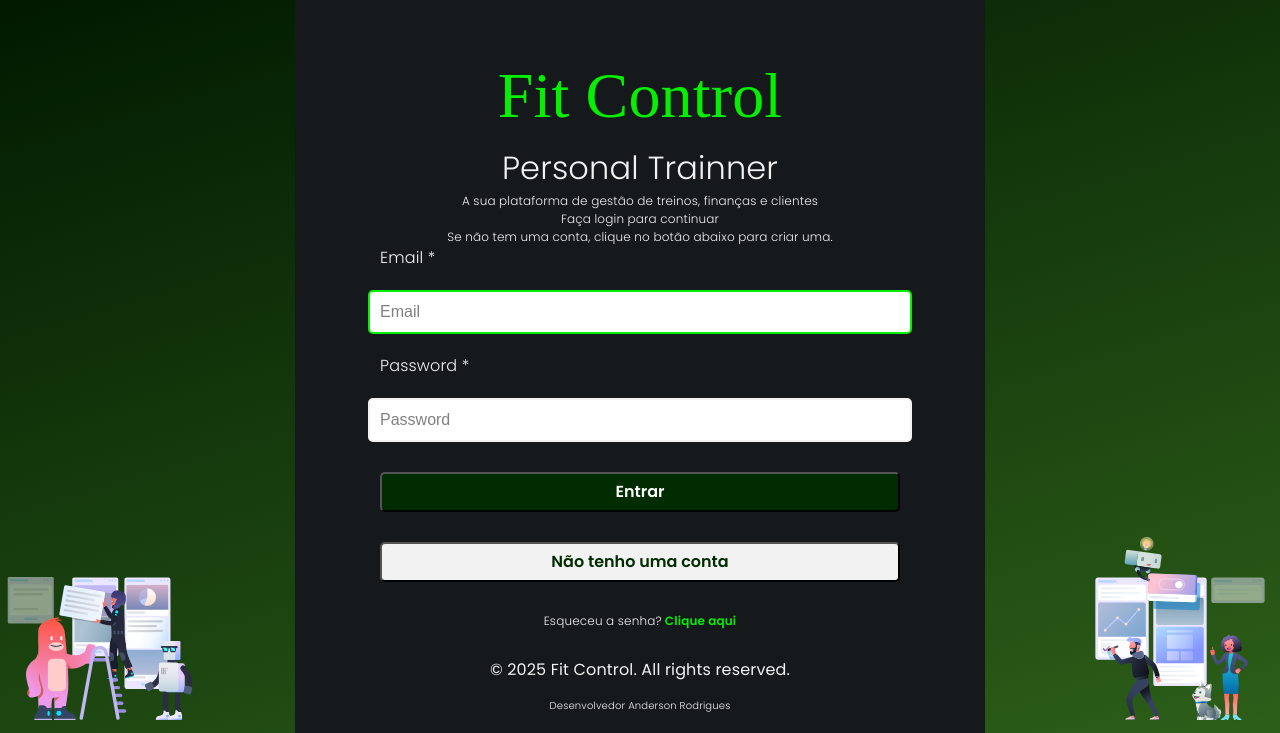
Repository: fit-control/frontend-fit-control
Page: /
These files come from the project's save history. The page is drawn as it stood at one moment and after the next save; the edit follows.
The browser window is 1280 px wide. The pictures show the whole page.
The page's requests for data from a server got no answer. Some web fonts or font styles are not loaded; a fallback is used. The project was rebuilt for these pictures with package versions that can differ from the ones it lists, and the page was loaded fresh each time. No one was signed in, and anything a server would have sent is missing. Also part of the build but not shown: next.config.js, vite.config.ts, src/components/containerCenterCadastro.tsx, src/pages/About.tsx, src/pages/NotFound.tsx, src/components/AuthRoutes.tsx, src/pages/PaginaTeste.tsx.

Above is the page before, as saved 2025-03-23 19:31:45.

After the next save:
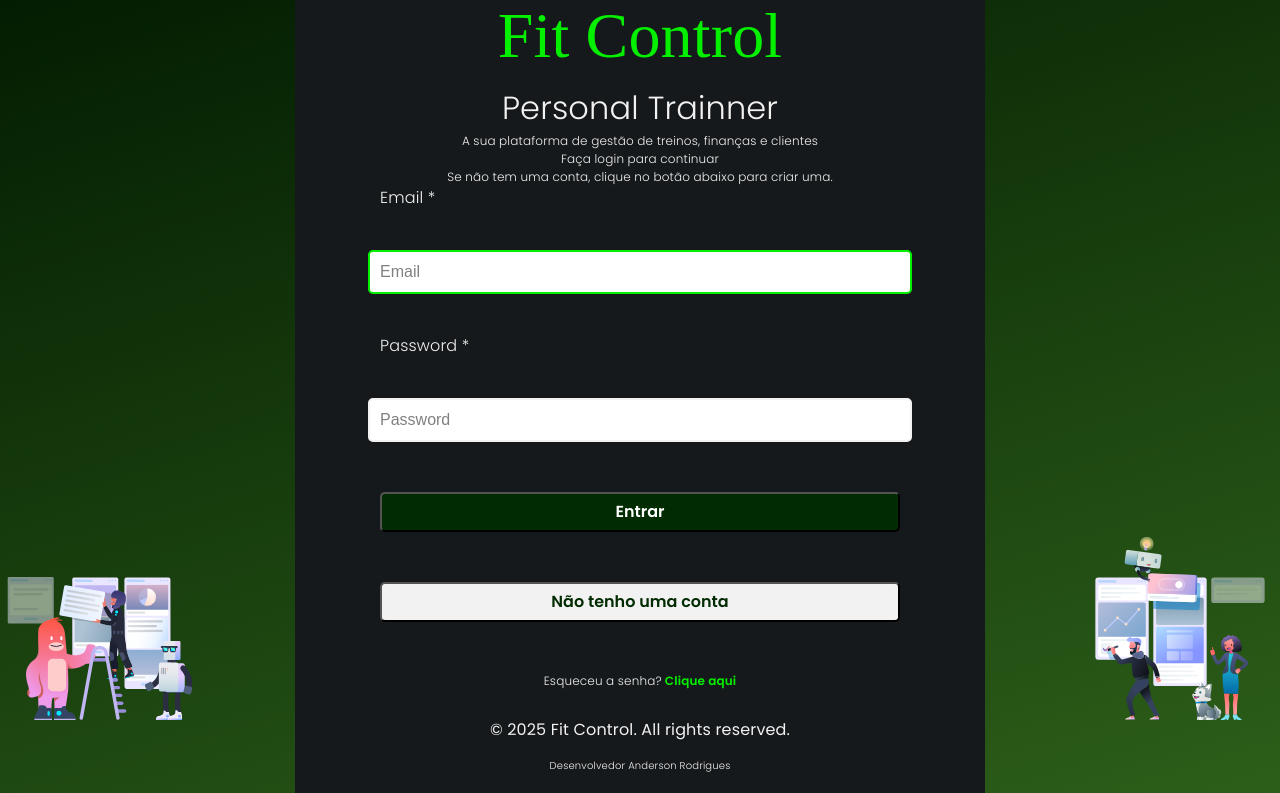
Saved 11 s later.
--- a/src/App.css
+++ b/src/App.css
@@ -138,7 +138,7 @@ body {
       flex-direction: column;
       align-items: center;
       justify-content: center;
-      gap: 20px;
+      gap: 40px;
       width: -webkit-fill-available;
 
       select {
